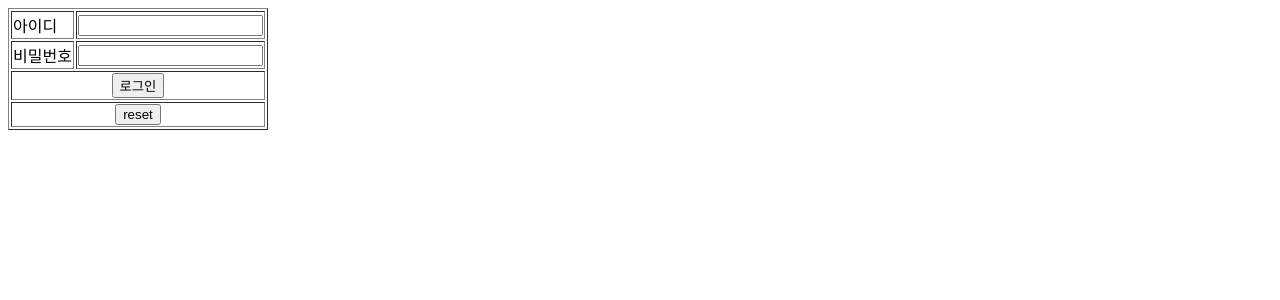
Repository: salee1023/JSP_Practice
Page: HTML_CSS_JS_practice01/src/main/webapp/form_tag.htm
These files come from the project's save history. The page is drawn as it stood at one moment and after the next save; the edit follows.
The browser window is 1280 px wide. The pictures show the whole page.

Above is the page before, as saved 2021-08-16 11:35:37.

### HTML_CSS_JS_practice01/src/main/webapp/form_tag.htm
<!DOCTYPE html>
<html>
<head>
<meta charset="UTF-8">
<title>폼태그 연습</title>
</head>
<body>
	<!--
		폼을 구성하는 태그들
		  : 폼은 데이터를 전송할 때 사용하는 태그,
		  회원가입을 할 때 이름, 전화번호, 주소...

		<form> 자신의 태그내에 있는 데이터를 지정한 웹 주소로 전송해준다.
		데이터 전송방식
		  GET방식 : 데이터용량이 작은 256~4096바이트
		  POST방식 : 대용량의 데이터를 보낼 때 유용하다.

		  <form> 속성 :
		    method : 데이터 전송방식을 지정
		    name : 폼의 이름을 지정. 자바스크립트에서 폼내의 데이터를 구분할 때 사용한다.
		    action : 폼내의 데이터를 이동시킬 위치를 지정한다.
		    enctype : 대용량 파일의 데이터 속성을 지정한다.

		  구성태그들
		  ---------------
		  <input>
		    type :
		      text : 한 줄 입력받을 때 사용하는 형식
		      password : 비밀번호 형태로 입력받을 때 사용하는 형식
		      radio : 상호배타적 선택
		      checkbox : 다중 선택
		      button : 자바스크립트와 연계해서 사용
		      submit : 폼의 내용을 action에서 지정한 주소로 보낼 때 사용하는 형식
		      reset : 폼의 내용을 초깃값으로 재설정할 때 사용하는 형식
		      hidden : 숨김필드로 화면에 보이지 않게 할 때 사용하는 형식
		      file : 파일을 첨부할 때 사용하는 형식.

		  <select>
		  목록상자나 콤보 박스로 폼을 구성할 때 사용하는 태그
		    속성 :
		      name : 필드의 이름을 지정
		      size : 목록상자에 보여지는 항목의 수를 지정한다.
		      multiple : 필드에서 여러개의 항목을 선택할 수 있도록 지정한다.

		  <option>
		  select 태그가 만드는 필드의 항목을 만드는 태그
		    속성 :
		      value : 항목을 선택했을 때 전송할 값을 지정한다.
		      selected : 기본적으로 선택되는 항목을 지정한다.

		  <textarea>
		  여러줄에 입력하는 데이터를 사용하고자 할 때 사용하는 태그
		    속성 :
		      name : 필드의 이름을 지정
		      cols : 대문자 A를 기준으로 너비를 설정
		      rows : 대문자 A를 기준으로 높이를 설정
		      readonly : 필드를 읽기 전용으로 지정
	-->
	<form action="http://www.naver.com/index.html">
		<table border = 1>
			<tr>
				<td>아이디</td>
				<td>
					<input type="text" name="id">
				</td>
			</tr>
			<tr>
				<td>비밀번호</td>
				<td>
					<input type="password" name="pw">
				</td>
			</tr>
			<tr>
				<td colspan=2>
					<div align="center"><input type="submit" value="로그인"></div>
				</td>
			</tr>
			<tr>
				<td colspan=2>
					<div align="center"><input type="reset" value="reset"></div>
				</td>
			</tr>
		</table>


	</form>
</body>
</html>

After the next save:
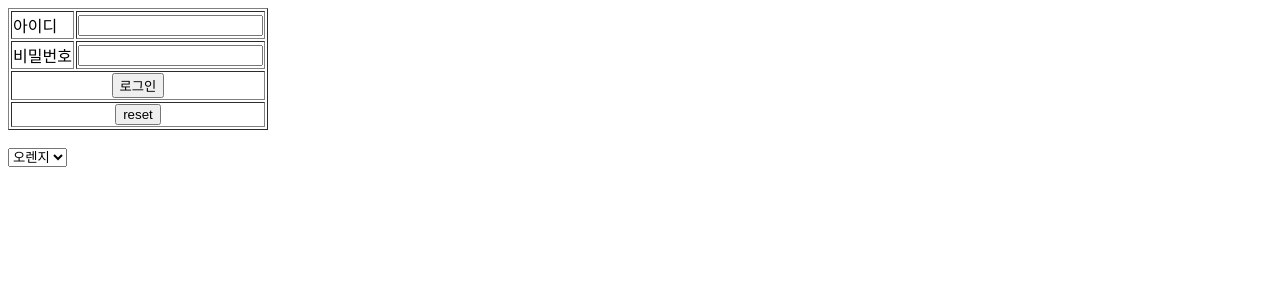
Saved 64 s later.
--- a/HTML_CSS_JS_practice01/src/main/webapp/form_tag.htm
+++ b/HTML_CSS_JS_practice01/src/main/webapp/form_tag.htm
@@ -81,7 +81,12 @@
 				</td>
 			</tr>
 		</table>
-
+		<br>
+		<select name="과일">
+			<option value="orange">오렌지</option>
+			<option value="banana">바나나</option>
+			<option value="apple">사과</option>
+		</select>
 
 	</form>
 </body>
